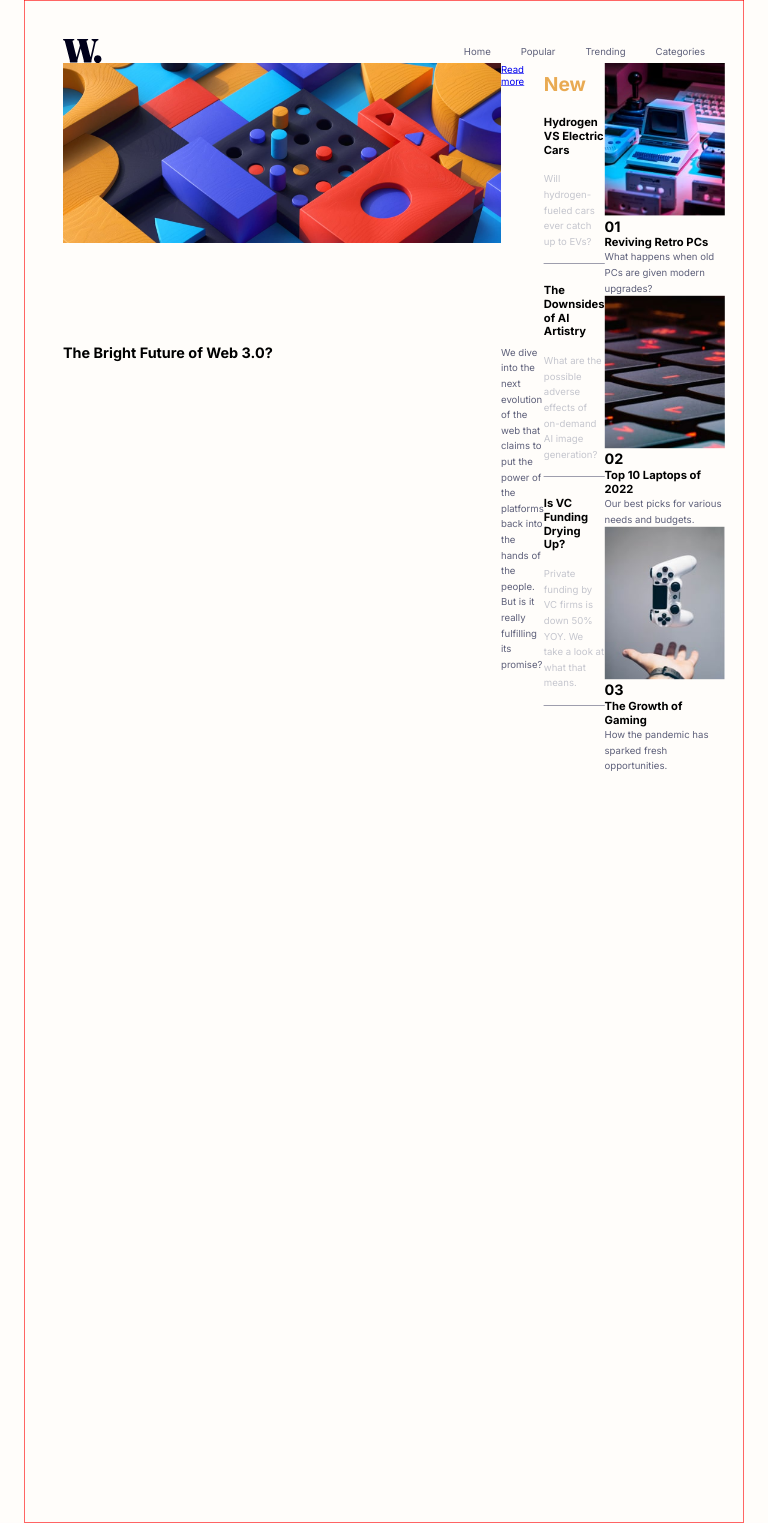
Repository: Arkitecth/news-webpage
Page: index.html
An editor plug-in stored every save of this project. The page is shown before and after the next save, followed by the edit.
The browser window is 1280 px wide. The pictures show the whole page, at 60% of full size.

Above is the page before, as saved 2023-06-07 20:32:04.

After the next save:
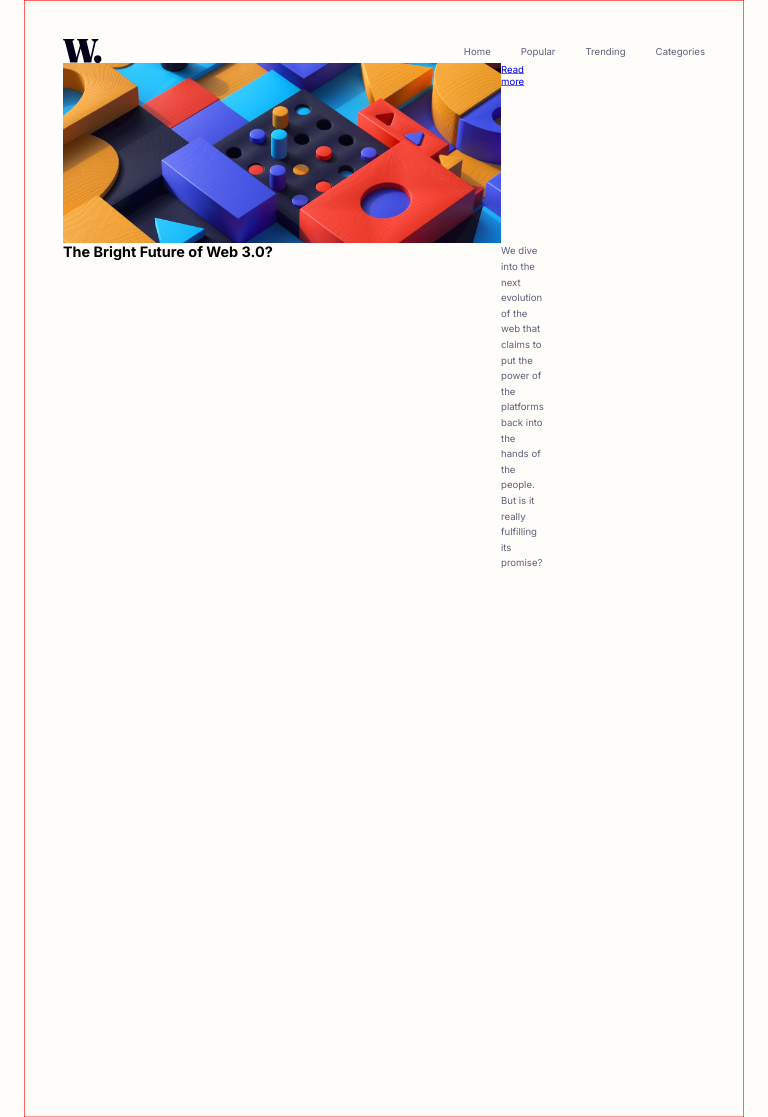
Saved 24 s later.
--- a/index.html
+++ b/index.html
@@ -31,7 +31,7 @@
         <a class="primary-btn" href="#">Read more </a>
       </section>
 
-      <section class="news-card">
+      <!-- <section class="news-card">
         <h2>New</h2>
         <article>
           <h3>Hydrogen VS Electric Cars</h3>
@@ -76,7 +76,7 @@
         </div>
       </article>
 
-    </section>
+    </section> -->
 
     </div>
   </main>
